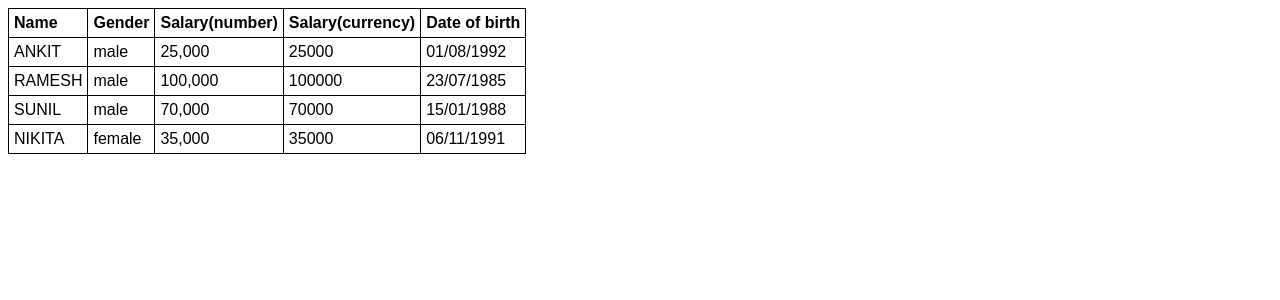
Repository: ammoreloaded/WebProjectFirst
Page: homework/WebProjectFirst/web/filterDemo.html
An editor plug-in stored every save of this project. The page is shown before and after a run of saves, followed by the edit.
The browser window is 1280 px wide. The pictures show the whole page.

Above is the page before, as saved 2016-05-19 15:09:29.

### homework/WebProjectFirst/web/filterDemo.html
<!doctype html>
<html ng-app="myModule">
<head>
<script src="resources/js/angular.min.js"></script>
<script src="resources/js/filterDemo.js"></script>
<link href="style.css" rel="stylesheet" type="text/css"/>
</head>
<body ng-controller="myController">
	<div>
		<table>
			<thead>
				<tr>
					<th>Name</th>
					<th>Gender</th>
					<th>Salary(number)</th>
					<th>Salary(currency)</th>
					<th>Date of birth</th>
				</tr>
			</thead>
			<tbody>
				<tr ng-repeat="employee in employees">
					<td>{{ employee.name | uppercase}}</td>
					<td>{{ employee.gender | lowercase }}</td>
					<td>{{ employee.salary | number }}</td>
					<td>{{ employee.salary }}</td>
					<td>{{ employee.dateOfBirth | date : "dd/MM/yyyy" }}</td>
				</tr>
			</tbody>
		</table>
	</div>
</body>
</html>

### homework/WebProjectFirst/web/resources/js/filterDemo.js

var employees = [
                 {name : "Ankit", gender : "Male", age : 23, salary : 25000, dateOfBirth : new Date("August 1, 1992")},
                 {name : "Ramesh", gender : "Male", age : 30, salary : 100000, dateOfBirth : new Date("July 23, 1985")},
                 {name : "Sunil", gender : "Male", age : 28, salary : 70000, dateOfBirth : new Date("January 15, 1988")},
                 {name : "Nikita", gender : "Female", age : 24, salary : 35000, dateOfBirth : new Date("November 6, 1991")}
                 ];

var myApp = angular.module("myModule", []).controller("myController", function($scope){
	$scope.employees = employees;

	$scope.incrLikes = function(technology){
		technology.likes++;
	};

	$scope.incrDislikes = function(technology){
		technology.dislikes++;
	};
});

### homework/WebProjectFirst/web/style.css
table {
	border-collapse: collapse;
	font-family : Arial;
}

td {
	border : 1px solid black;
	padding : 5px;
}

th {
	border : 1px solid black;
	padding : 5px;
	text-align: left;
}

Loaded but not shown: homework/WebProjectFirst/web/resources/js/angular.min.js (library)

After the next 2 saves:
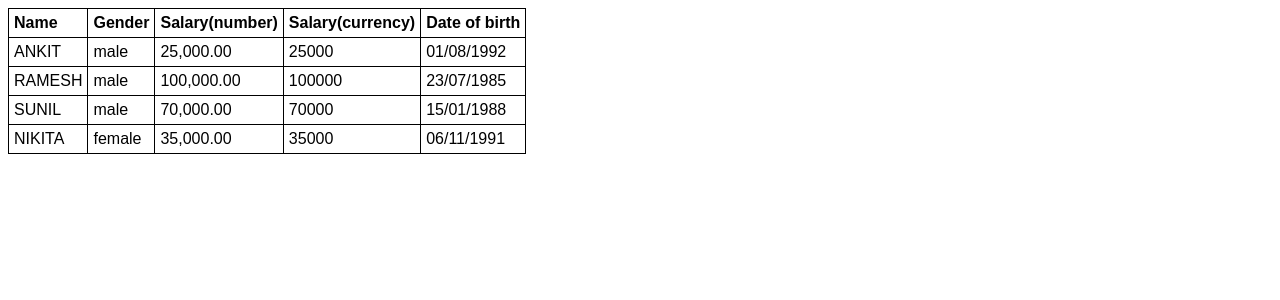
The 2 saves are shown as one change because they came seconds apart.
The last was saved 25 s later.
--- a/homework/WebProjectFirst/web/filterDemo.html
+++ b/homework/WebProjectFirst/web/filterDemo.html
@@ -21,7 +21,7 @@
 				<tr ng-repeat="employee in employees">
 					<td>{{ employee.name | uppercase}}</td>
 					<td>{{ employee.gender | lowercase }}</td>
-					<td>{{ employee.salary | number }}</td>
+					<td>{{ employee.salary | number : 2 }}</td>
 					<td>{{ employee.salary }}</td>
 					<td>{{ employee.dateOfBirth | date : "dd/MM/yyyy" }}</td>
 				</tr>
